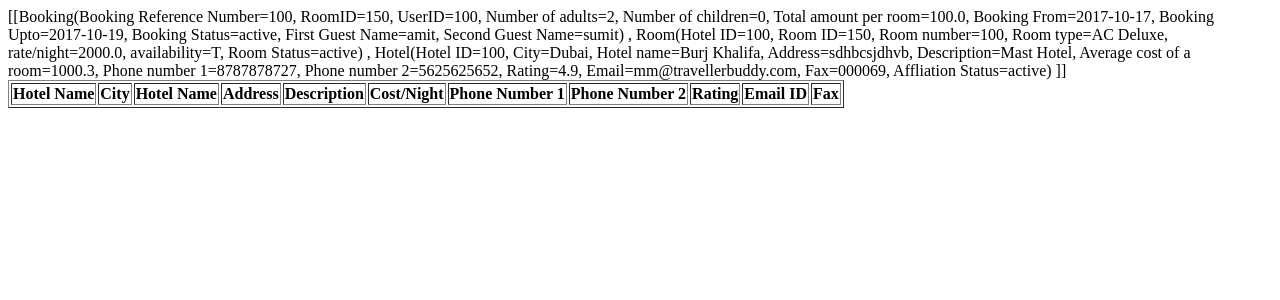
Repository: dishangjain/SpringProject
Page: http://localhost/HotelBookingManagementSystem/JSPs/BookingStatus.jsp
These files come from the project's save history. The page is drawn as it stood at one moment and after the next save; the edit follows.
The browser window is 1280 px wide. The pictures show the whole page.
The page is served by Tomcat 9. Nobody is signed in. The application's start-up code is not run. The template is opened directly, without the code that normally fills it, so the values that code supplies are empty.

Above is the page before, as saved 2017-10-16 05:43:45.

After the next save:
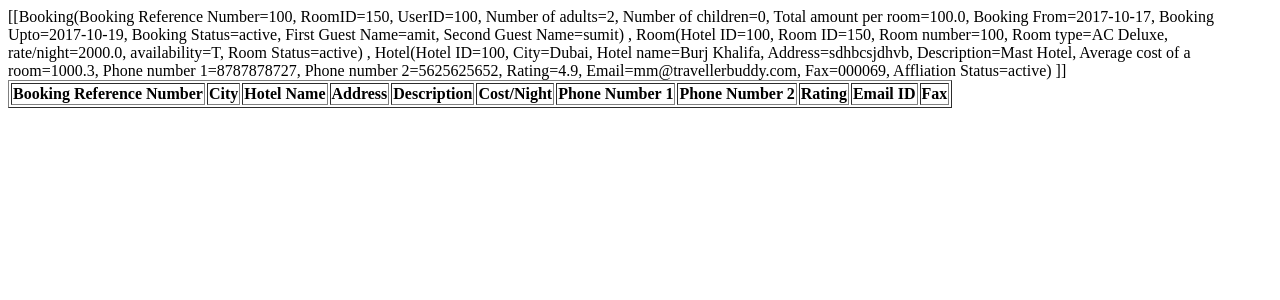
Saved 13 s later.
--- a/HotelBookingManagementSystem/WebContent/JSPs/BookingStatus.jsp
+++ b/HotelBookingManagementSystem/WebContent/JSPs/BookingStatus.jsp
@@ -22,7 +22,7 @@
 
 			<table border="1">
 			<tr>
-				<th>Hotel Name</th>
+				<th>Booking Reference Number</th>
 				<th>City</th>
 				<th>Hotel Name</th>
 				<th>Address</th>
